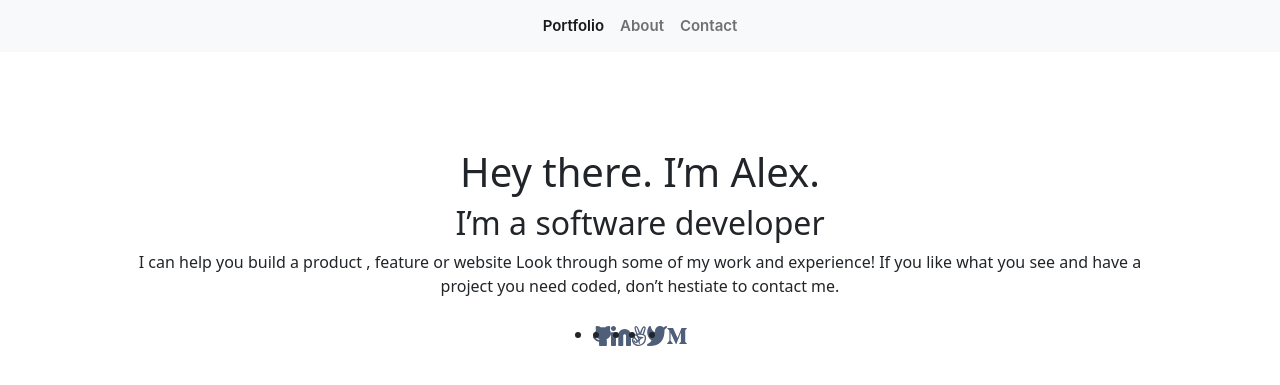
Repository: mustabbas/mustDico-Bootstrap
Page: index.html
These files come from the project's save history. The page is drawn as it stood at one moment and after the next save; the edit follows.
The browser window is 1280 px wide. The pictures show the whole page.

Above is the page before, as saved 2021-08-25 20:48:31.

After the next save:
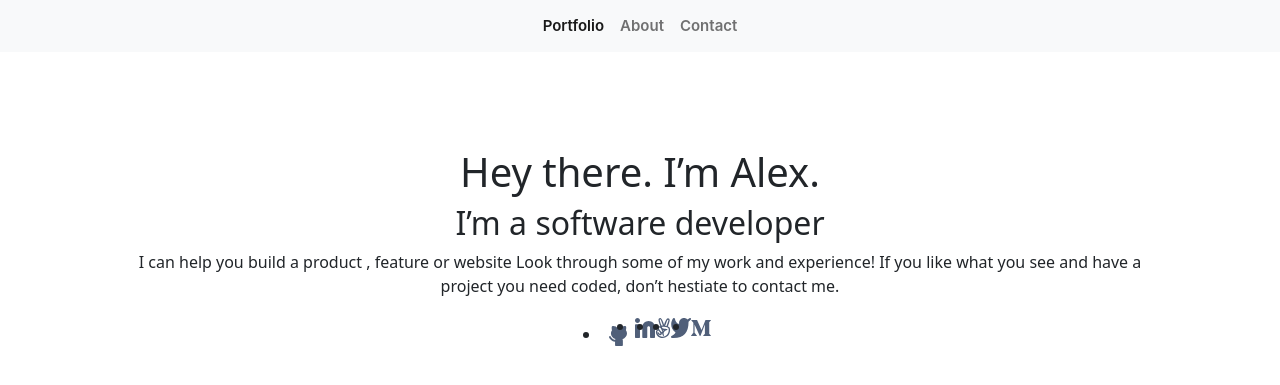
Saved 21 s later.
--- a/index.html
+++ b/index.html
@@ -35,8 +35,8 @@
             <h2 class="text-center">I’m a software developer</h2>
             <p class="text-center"> I can help you build a product , feature or website Look through some of my work and experience! If you like what you see and have a project you need coded,
                 don’t hestiate to contact me.</p>
-                <ul class="d-flex justify-content-center p-2">
-                    <li><img src="./img/github_dark.svg" alt="Vector-github" /></li>
+                <ul class="d-flex justify-content-center ">
+                    <li class="p-2"><img src="./img/github_dark.svg" alt="Vector-github" /></li>
                     <li><img src="./img/linkedin.svg" alt="Vecto-linkedin" /></li>
                     <li><img src="./img/angellist_dark.svg" alt="Vecto-angellist" /></li>
                     <li><img src="./img/twitter_dark.svg" alt="Vector-twitter" /></li>
